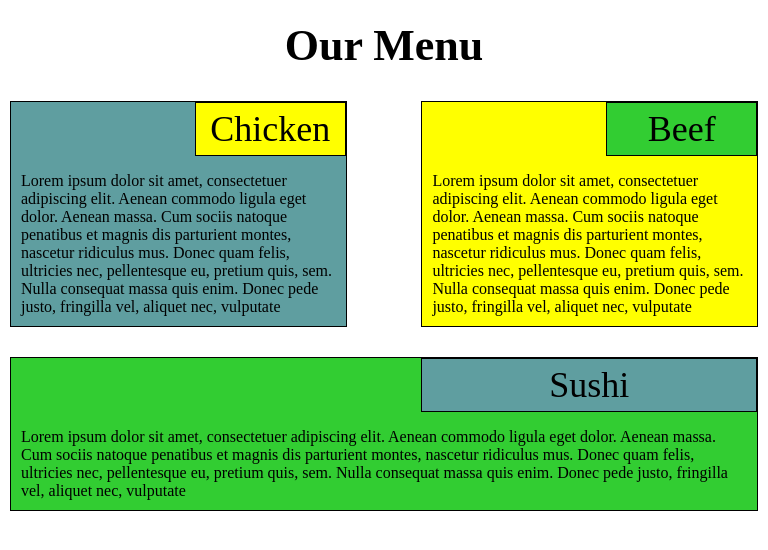
Repository: Normandy72/module2-solution
Page: index.html
These files come from the project's save history. The page is drawn as it stood at one moment and after the next save; the edit follows.
The browser window is 768 px wide. The pictures show the whole page.
Some web fonts or font styles are not loaded; a fallback is used.

Above is the page before, as saved 2022-12-05 15:26:19.

After the next save:
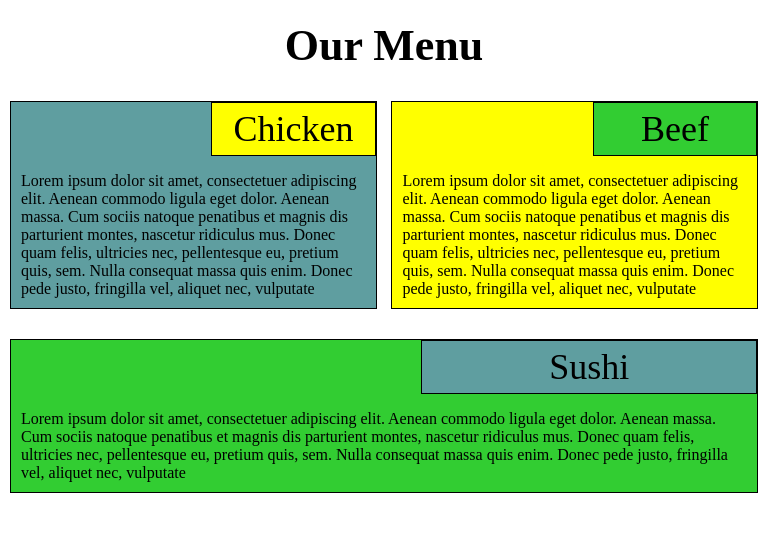
Saved 35 s later.
--- a/styles/style.css
+++ b/styles/style.css
@@ -75,7 +75,7 @@ h1{
     }
 
     .card:nth-child(1), .card:nth-child(2){
-        width: 45%;
+        width: 49%;
     }
 
     .card:nth-child(3){
